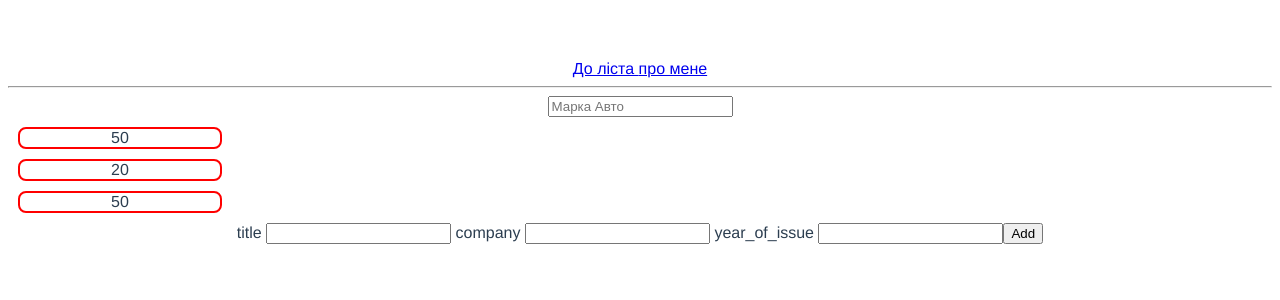
Repository: KYUUBI-K/Labs-from-2-course-
Page: /#/list (app in lab2(pharmacy)/)
The author's editor kept a copy of each file at every save. The page is drawn from the files as they stood at one save, then again after the next save.
The browser window is 1280 px wide. The pictures show the whole page.
The project was rebuilt for these pictures with package versions that can differ from the ones it lists, and the page was loaded fresh each time.

Above is the page before, as saved 2021-12-21 13:53:50.

### lab2(pharmacy)/src/main.js
import Vue from 'vue'
import App from './App.vue'
import store from './state/index'
import VueRouter from 'vue-router';
import router from './router/index'

Vue.use(VueRouter);

Vue.config.productionTip = false

new Vue({
  store,
  router,
  render: (h) => h(App),
}).$mount('#app')

### lab2(pharmacy)/src/App.vue
<template>
  <div id="app">
    <router-link to="/list">До ліста </router-link>
    <router-link to="/AboutMe">про мене </router-link>
    <hr />
    <router-view></router-view>
  </div>
</template>

<script>
export default {
  name: "App",
  components: {},
};
</script>

<style>
#app {
  font-family: Avenir, Helvetica, Arial, sans-serif;
  -webkit-font-smoothing: antialiased;
  -moz-osx-font-smoothing: grayscale;
  text-align: center;
  color: #2c3e50;
  margin-top: 60px;
}
</style>

### lab2(pharmacy)/src/state/index.js
import Vue from 'vue'
import Vuex from 'vuex'
import { v4 as uuidv4 } from 'uuid'
Vue.use(Vuex)

const store = new Vuex.Store({
  state: {
    search:"",
    taskList:[
        {
          id:1, title:'Парацетамол', price:'50', active_substance:'paracetamol',
        },
        {
            id:2, title:'Панкреатин', price:'20', active_substance:'pancreatine',

        },
        {
            id:3, title:'Дуфалак', price:'50', active_substance:'lactulose',

        }
    ]
  },
  getters:{
      getTaskList:(state)=>state.taskList
  },
  mutations:{
    addNewTask(state, dataObj) {
      state.taskList.push({
        id: uuidv4(),
        ...dataObj,
      })
    },
  },
  actions:{
    addTask({ commit }, data) {
      commit('addNewTask', data)
    },
  }

})

export default store

### lab2(pharmacy)/src/router/index.js
import Vue from 'vue';
import VueRouter from 'vue-router';
import Tasklist from '../components/Tasklist'
Vue.use(VueRouter);

export const router = new VueRouter({
    routes:[
    {
        path:'/list',
        component:Tasklist,
        name:'list',
    }
    ]

});
export default router

### lab2(pharmacy)/src/components/Tasklist/index.vue
<template>
  <div>
    <div>
      <input type="search" v-model="search" placeholder="Марка Авто" />
    </div>
    <task-item v-for="task in filterTask" :key="task.id" :task="task" />
    <div>
      <add-new-task />
    </div>
    <!-- <div><button @click="$router.push('/AboutCars')">AboutCars</button></div>
        <div><button @click="$router.push('/AboutMe')">AboutMe</button></div>  -->
  </div>
</template>

<script>
import TaskItem from "./Taskitem";
import AddNewTask from "@/components/AddNewTask";

import { mapGetters } from "vuex";
export default {
  data() {
    return {
      search: "",
    };
  },
  name: "TaskList",
  components: {
    TaskItem,
    AddNewTask,
  },
  computed: {
    ...mapGetters(["getTaskList"]),
    filterTask() {
      let list = [...this.getTaskList];
      if (this.search) {
        list = list.filter((item) => {
          return item.company.indexOf(this.search) > -1;
        });
      }
      return list;
    },
  },
};
</script>

<style lang="scss" scoped>
</style>

### lab2(pharmacy)/src/components/Tasklist/Taskitem/index.vue
<template>
  <div class="task">
    <div>{{ task.where_go }}</div>
    <div>{{ task.price }}</div>
    <div>{{ task.days }}</div>
  </div>
</template>

<script>
export default {
  name: "Taskitem",
  props: {
    task: {
      type: Object,
      default: () => ({}),
    },
  },
};
</script>

<style lang="css" scoped>
.task {
  width: 200px;
  border: 2px solid red;
  border-radius: 8px;
  margin: 10px;
}
</style>

### lab2(pharmacy)/src/components/AddNewTask/index.vue
<template>
  <div>
    <div>
      <label>
        title
        <input type="text" v-model="title" />
      </label>
      <label>
        company
        <input type="text" v-model.number="company" />
      </label>
      <label>
        year_of_issue
        <input type="number" v-model.number="year_of_issue" />
      </label>
      <button @click="onAdd">Add</button>
    </div>
  </div>
</template>

<script>
//1. Імпортуємо mapActions
import { mapActions } from "vuex";
export default {
  name: "AddNewTask",

  data() {
    return {
      title: null,
      company: null,
      year_of_issue: null,
    };
  },

  methods: {
    ...mapActions(["addTask"]),
    onAdd() {
      this.addTask({
        title: this.title,
        company: this.company,
        year_of_issue: this.year_of_issue,
      });
    },
  },
};
</script>

<style lang="scss" scoped>
</style>

Loaded but not shown: lab2(pharmacy)/public/index.html (common file)

After the next save:
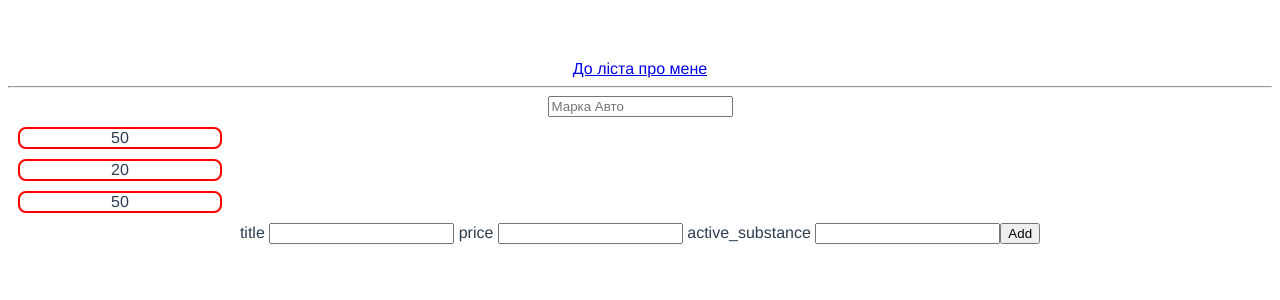
Saved 67 s later.
--- a/lab2(pharmacy)/src/components/AddNewTask/index.vue
+++ b/lab2(pharmacy)/src/components/AddNewTask/index.vue
@@ -6,12 +6,12 @@
         <input type="text" v-model="title" />
       </label>
       <label>
-        company
-        <input type="text" v-model.number="company" />
+        price
+        <input type="text" v-model.number="price" />
       </label>
       <label>
-        year_of_issue
-        <input type="number" v-model.number="year_of_issue" />
+        active_substance
+        <input type="number" v-model.number="active_substance" />
       </label>
       <button @click="onAdd">Add</button>
     </div>
@@ -27,8 +27,8 @@ export default {
   data() {
     return {
       title: null,
-      company: null,
-      year_of_issue: null,
+      price: null,
+      active_substance: null,
     };
   },
 
@@ -37,8 +37,8 @@ export default {
     onAdd() {
       this.addTask({
         title: this.title,
-        company: this.company,
-        year_of_issue: this.year_of_issue,
+        price: this.price,
+        active_substance: this.active_substance,
       });
     },
   },
